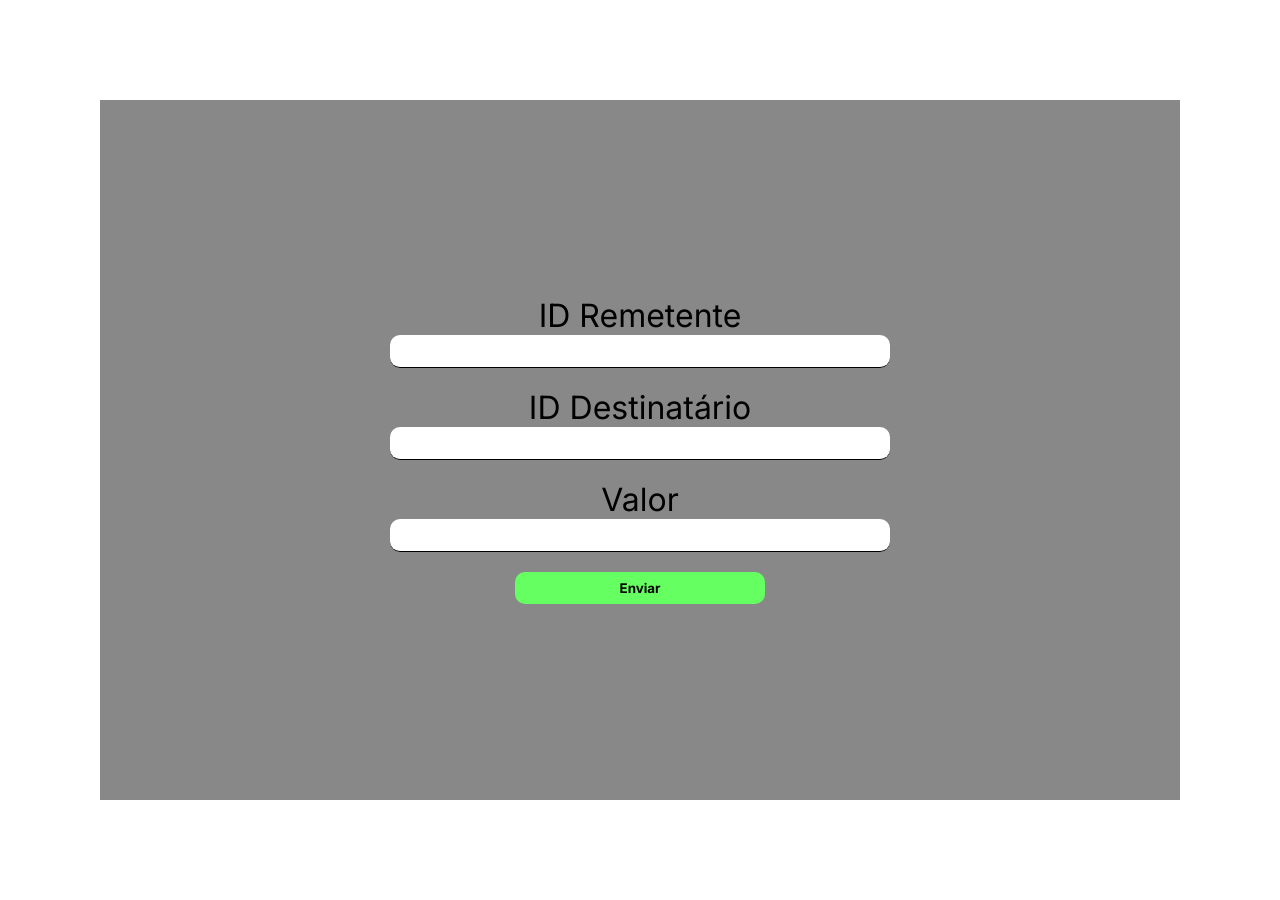
Repository: mateusilva8/tarefa-pix
Page: frontend/pix.html
The author's editor kept a copy of each file at every save. The page is drawn from the files as they stood at one save, then again after the next save.
The browser window is 1280 px wide. The pictures show the whole page.

Above is the page before, as saved 2023-10-22 14:15:22.

After the next save:
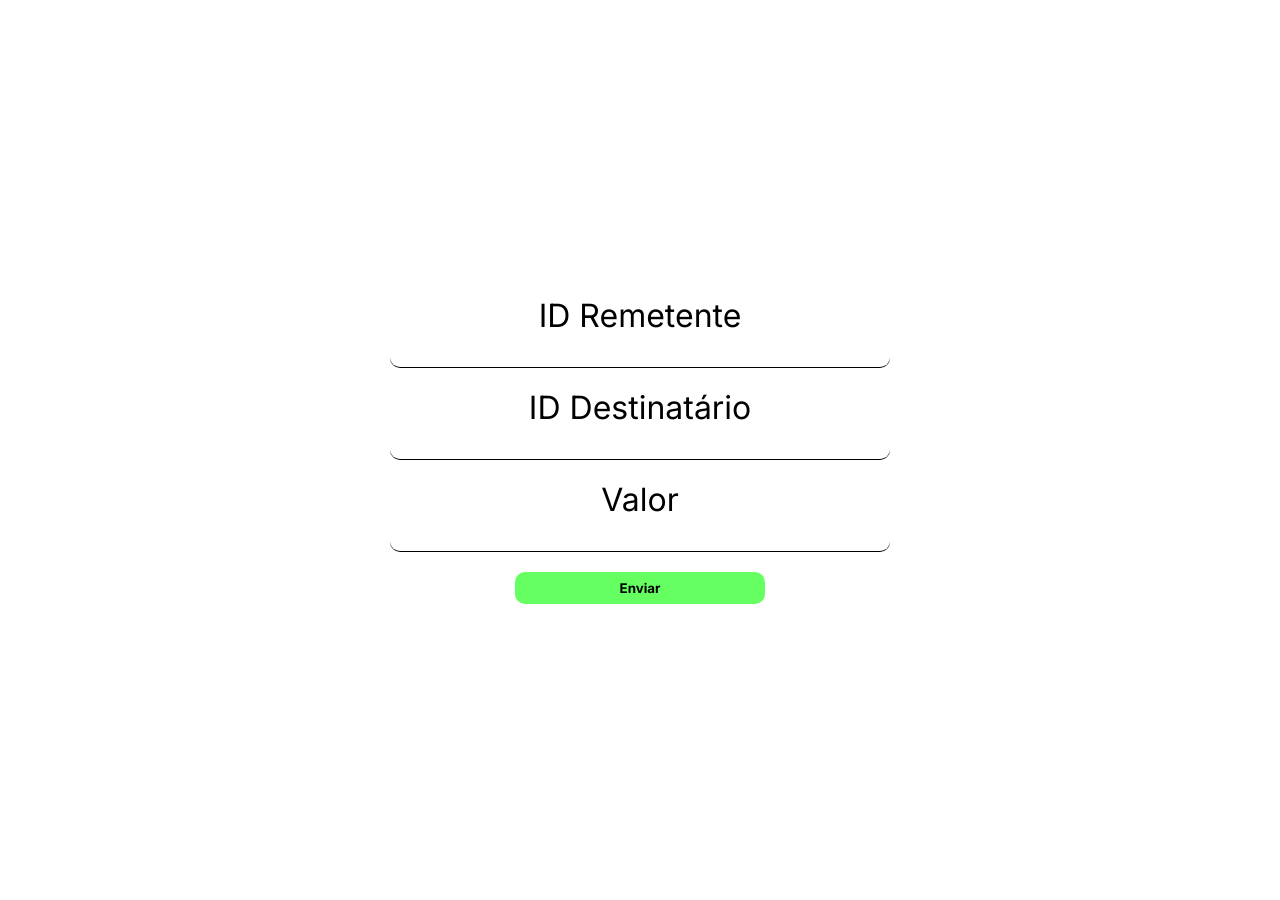
Saved 34 s later.
--- a/frontend/css/pix.css
+++ b/frontend/css/pix.css
@@ -6,7 +6,6 @@ body {
 
 .container {
     display: flex;
-    background-color: rgb(136, 136, 136);
     height: 700px;
     margin: 100px;
     justify-content: center;
